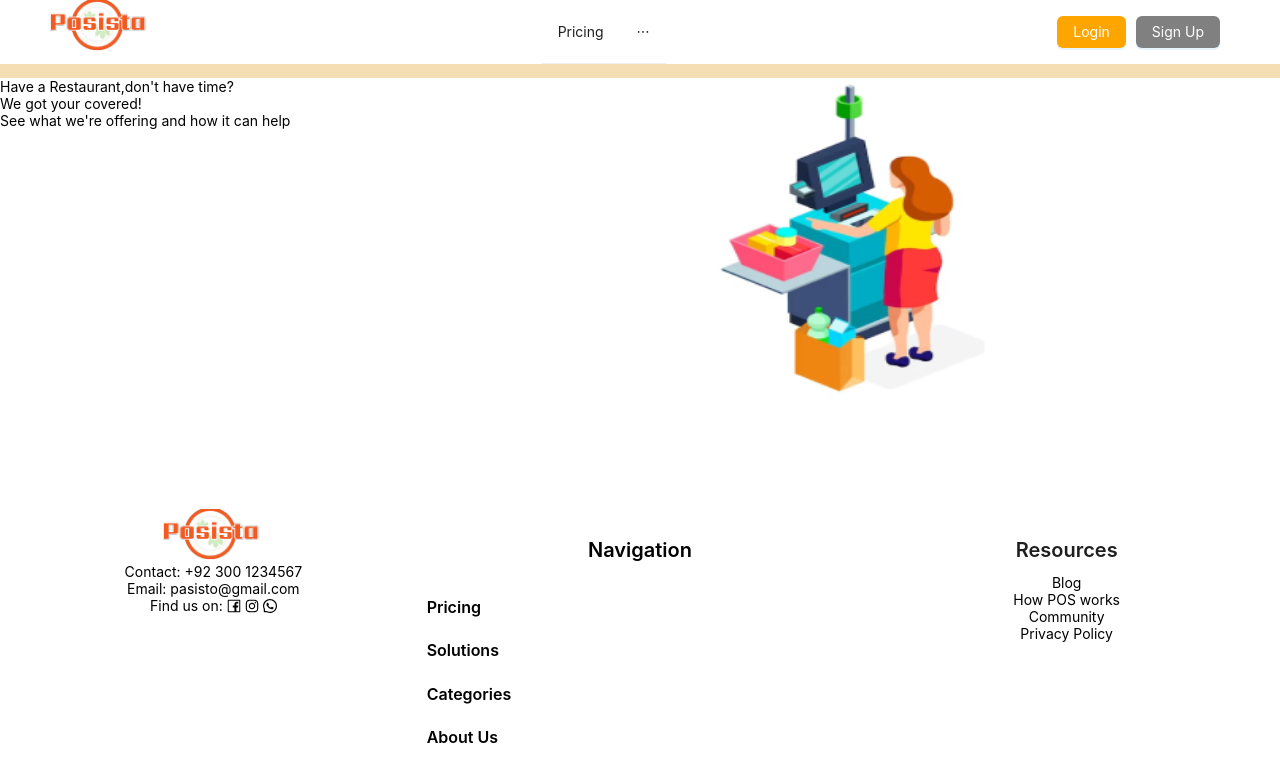
Repository: usmanarshad90/Posista
Page: / (app in test/)
The author's editor kept a copy of each file at every save. The page is drawn from the files as they stood at one save, then again after the next save.
The browser window is 1280 px wide. The pictures show the whole page.
The project was rebuilt for these pictures with package versions that can differ from the ones it lists, and the page was loaded fresh each time. Also part of the build but not shown: test/src/components/Pricing/Pricing.jsx, test/src/components/Solution/Solutions.jsx, test/src/components/About/AboutUs.jsx, test/src/components/login/login.jsx, test/src/components/signup/signup.jsx.

Above is the page before, as saved 2023-11-28 14:50:39.

### test/public/index.html
<!DOCTYPE html>
<html lang="en">
  <head>
    <meta charset="utf-8" />
    <link rel="icon" href="%PUBLIC_URL%/favicon.ico" />
    <meta name="viewport" content="width=device-width, initial-scale=1" />
    <meta name="theme-color" content="#000000" />
    <meta
      name="description"
      content="Web site created using create-react-app"
    />
    <link rel="apple-touch-icon" href="%PUBLIC_URL%/logo192.png" />

    <link rel="manifest" href="%PUBLIC_URL%/manifest.json" />

    <title>Posisto</title>
  </head>
  <body>
    <noscript>You need to enable JavaScript to run this app.</noscript>
    <div id="root"></div>



  </body>
</html>

### test/src/index.css
body {
  margin: 0;
  font-family: -apple-system, BlinkMacSystemFont, 'Segoe UI', 'Roboto', 'Oxygen',
    'Ubuntu', 'Cantarell', 'Fira Sans', 'Droid Sans', 'Helvetica Neue',
    sans-serif;
  -webkit-font-smoothing: antialiased;
  -moz-osx-font-smoothing: grayscale;
}

code {
  font-family: source-code-pro, Menlo, Monaco, Consolas, 'Courier New',
    monospace;
}
.background{
  background-image: url("./images/background.jpg")!important;

}



/* .container{
  max-width: 1000px;
  margin: auto;
  width: 100%;
  padding-inline: 1rem;
  padding-block:5rem;

} */

### test/src/App.js
import {BrowserRouter  as Router , Routes , Route} from 'react-router-dom'
import Home from './components/Home/Home';

import Pricing from './components/Pricing/Pricing';
import Solutions from './components/Solution/Solutions';
import AboutUs from './components/About/AboutUs';
import Login from './components/login/login';
import SignUp from './components/signup/signup';


function App() {
  return (
    <Router>
    {/* if i can do it like this all pages come on the header */}

      <Routes>

        {/* if i can do it like this header individually come on the each page*/}

        <Route path="/" element={< Home/>} />
        <Route path="/login" element={<Login/>}/>
        <Route path="/signup" element={<SignUp/>} />

        <Route path="/pricing" element={< Pricing/>} />
        <Route path="/solution" element={< Solutions/>} />
        <Route path="/about" element={<AboutUs/>} />

        </Routes>
        {/* for footer i can call here */}

        </Router>
  );
}

export default App;

### test/src/components/Home/Home.jsx
import React from 'react'
import PageHeader from '../PageHeader/PageHeader'
import HeroSection from '../HeroSection/HeroSection'
import PageFooter from '../Footer/Footer'

const Home = () => {
  return (
    <>
    <PageHeader/>
    <HeroSection/>



    <PageFooter/>

    </>
  )
}

export default Home

### test/src/components/PageHeader/PageHeader.jsx
import React from 'react'
import { Layout, Menu, Button, Row, Col } from 'antd';
import { Link } from 'react-router-dom';
import logoimage from '../../images/posistologo.png'
import {HomeOutlined, UserOutlined,SettingOutlined,} from '@ant-design/icons';

const { Header } = Layout;
const PageHeader = () => {
  return (
    <Row>
      <Col lg={24} xl={24} md={12} xs={4} >
    <Layout className="layout">
    <Header style={{ display: 'flex', justifyContent: 'space-between' ,backgroundColor: 'white' }}>
      <div className="logo" >

      <Link to={'/'}><img src={logoimage} alt="" width="100px"  /></Link>
        </div>
      <Menu  mode="horizontal" style={ {color:'black',backgroundColor: 'transparent'}} >
        <Link to={'/pricing'} ><Menu.Item key="1" >Pricing</Menu.Item></Link>


        <Link to={'/solution'} ><Menu.Item key="2" >Solutions</Menu.Item></Link>

        <Link to={'/about'} ><Menu.Item key="3" >About Us</Menu.Item></Link>
      </Menu>

      <div>

        <Link to="/login"><Button type="primary" style={{ marginRight: '10px', backgroundColor: 'orange' }}>Login</Button>
        </Link>
        <Link to="/signup"><Button type="primary" style={{ marginRight: '10px', backgroundColor: 'grey' }}>Sign Up</Button></Link>
      </div>




    </Header>
  </Layout>
  </Col>
  </Row>
  )
}

export default PageHeader;

### test/src/components/HeroSection/HeroSection.jsx
import React from 'react'
import { Row,Col,Image,Divider} from 'antd';

import image from '../../images/design.png'

const HeroSection = () => {




      const DemoBox = (props) => <p className={`height-${props.value}`}>{props.children}</p>;
  return (
    <>
    <Row  >
      <Col  lg={{ span:24, order: 1 }} md={24} xs={24} xl={24} xxl={24}  style={{background:'wheat'}}>
      <DemoBox value={'100%'}> </DemoBox>
        </Col>

    <Col lg={{ span: 12, order: 2 }} md={8} xs={4} xl={12}>

    <div   >

         Have a Restaurant,don't have time? <br />
         We got your covered! <br/>

         <div   >See what we're offering and how it can help <br />


         </div>
    </div>
    </Col>
    <Col lg={{ span: 12, order: 3 }}md={8} xs={4} xl={12}>
    <Image width={'70%'} preview={false} height={'90%'} src={image} alt="#" />

    </Col>
   </Row>
   </>
  )
}

export default HeroSection

### test/src/components/Footer/Footer.jsx
import React from 'react';
import { Layout, Menu, Row, Col, Typography } from 'antd';
import { Link } from 'react-router-dom';
import logoimage from '../../images/posistologo.png';
import { FacebookOutlined, InstagramOutlined, WhatsAppOutlined } from '@ant-design/icons';

const Footer = () => {
  const style = {
    padding: '12px',
    textAlign: 'center', // Center text within each column
    color:'black',
  };

  return (
    <Row>
      <Col lg={{ span: 8, order: 1 }} md={6} xs={4} xl={8} xxl={8} style={style}>
        <div className="logo">
          <Link to={'/'}>
            <img src={logoimage} alt="" width="100px" />
          </Link>
        </div>
        <div>Contact: +92 300 1234567</div>
        <div>Email: pasisto@gmail.com</div>
        <div>
          Find us on: <FacebookOutlined /> <InstagramOutlined /> <WhatsAppOutlined />
        </div>
      </Col>

      <Col lg={{ span: 8, order: 1 }} md={6} xs={4} xl={8} xxl={8} >
        <Typography.Title level={4} style={style}>Navigation </Typography.Title>
        <Typography.Title level={5}>
          <Link to={'/pricing'} style={{ color: 'black' }} >
            Pricing
          </Link>{' '}
        </Typography.Title>
        <Typography.Title level={5}>
          <Link to={'/solution'} style={{ color: 'black' }}>
            Solutions
          </Link>
        </Typography.Title>
        <Typography.Title level={5}>
          <Link to={'/about'} style={{ color: 'black' }}>
            Categories
          </Link>
        </Typography.Title>
        <Typography.Title level={5}>
          <Link to={'/about'} style={{ color: 'black' }}>
            About Us
          </Link>
        </Typography.Title>
      </Col>

      <Col lg={{ span: 8, order: 1 }} md={6} xs={4} xl={8} xxl={8} style={style}>
        <Typography.Title level={4}>Resources</Typography.Title>
        <div>Blog</div>
        <div>How POS works</div>
        <div>Community</div>
        <div>Privacy Policy</div>
      </Col>
    </Row>
  );
};

export default Footer;

Loaded but not shown: test/src/index.js (common file)

After the next save:
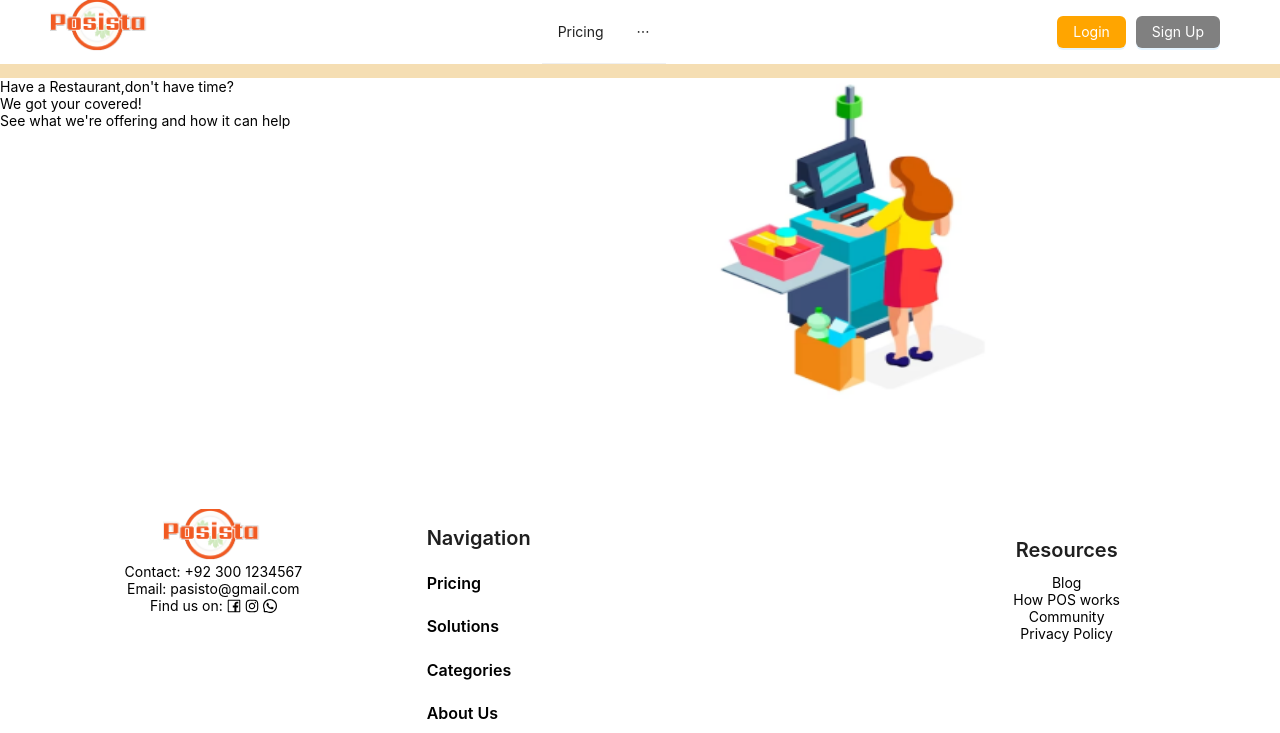
Saved 7 s later.
--- a/test/src/components/Footer/Footer.jsx
+++ b/test/src/components/Footer/Footer.jsx
@@ -27,7 +27,7 @@ const Footer = () => {
       </Col>
 
       <Col lg={{ span: 8, order: 1 }} md={6} xs={4} xl={8} xxl={8} >
-        <Typography.Title level={4} style={style}>Navigation </Typography.Title>
+        <Typography.Title level={4} >Navigation </Typography.Title>
         <Typography.Title level={5}>
           <Link to={'/pricing'} style={{ color: 'black' }} >
             Pricing
